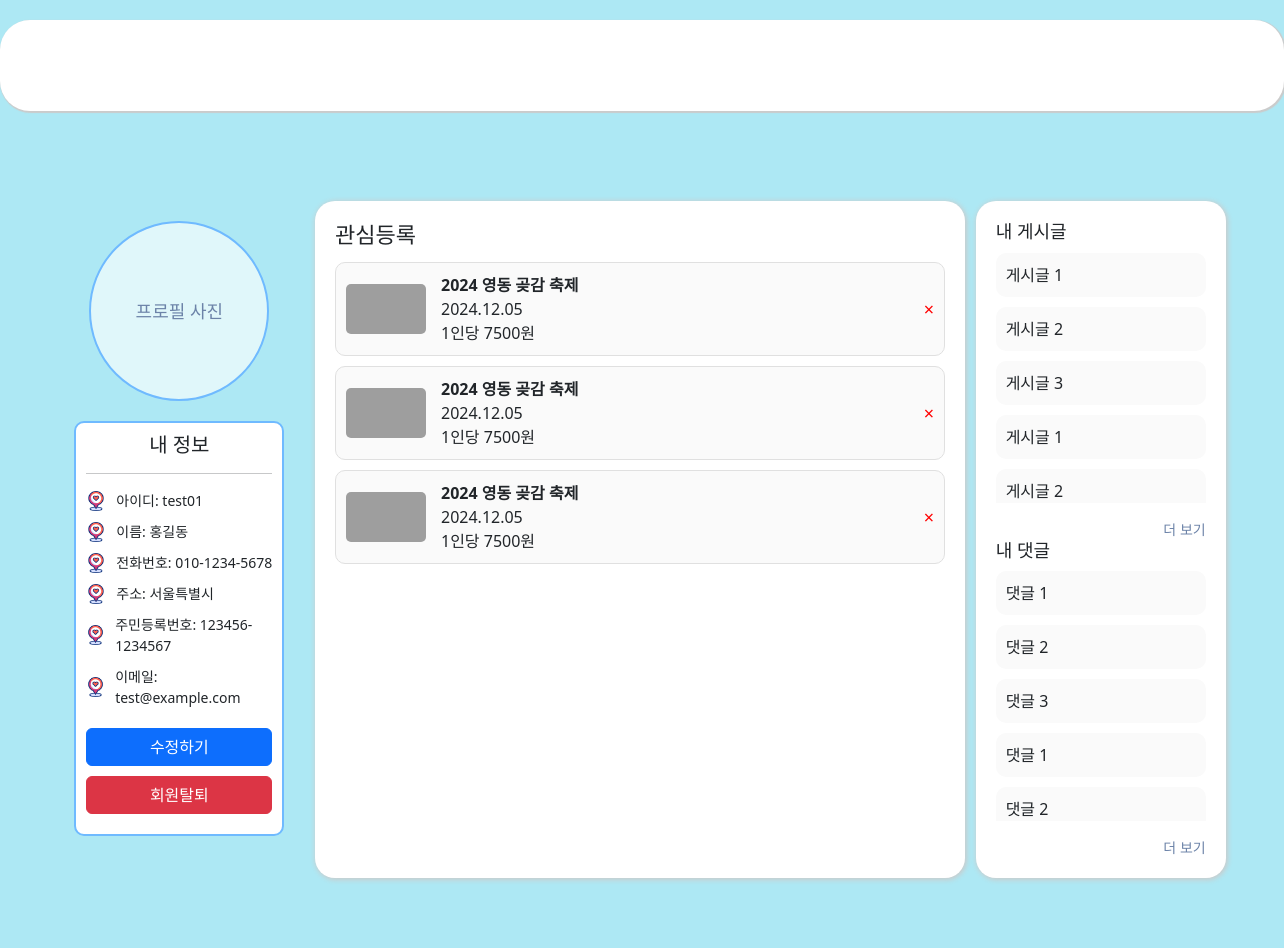
Repository: KimMJ0964/jsp
Page: http://localhost/Trafi/views/mypage/myPageMain.jsp
The author's editor kept a copy of each file at every save. The page is drawn from the files as they stood at one save, then again after the next save.
The browser window is 1280 px wide. The page is 1284 px wide, so the pictures cover 1284 px, including what lies to the right of the window. The pictures show the whole page.
Pictures or frames that could not be fetched are drawn as grey boxes. The page is served by Tomcat 9.

Above is the page before, as saved 2024-09-19 08:22:35.

After the next save:
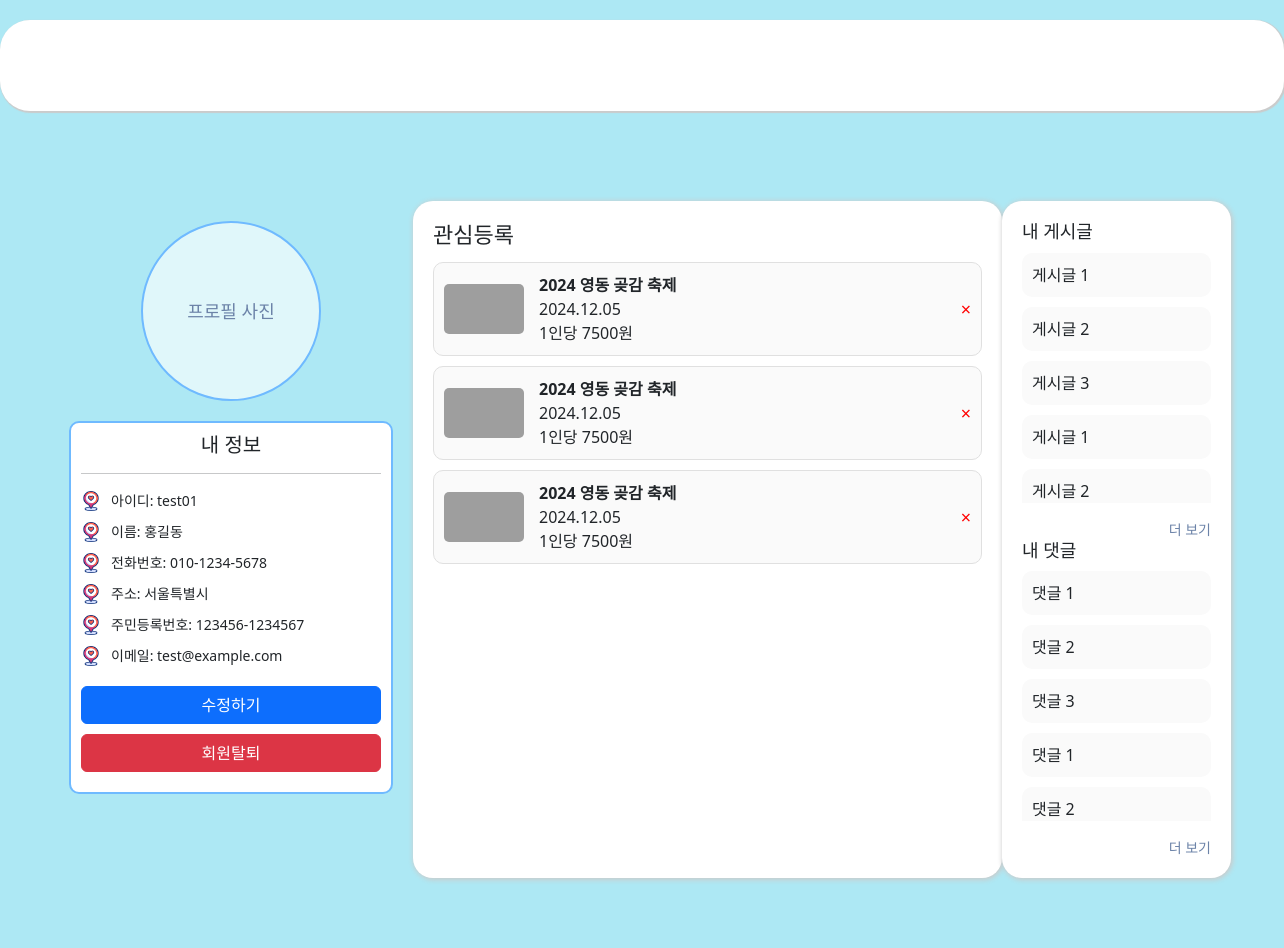
Saved 23 s later.
--- a/Trafi/src/main/webapp/views/mypage/myPageMain.jsp
+++ b/Trafi/src/main/webapp/views/mypage/myPageMain.jsp
@@ -41,7 +41,7 @@
         /* 프로필 섹션 */
         .profile-section {
             padding: 20px;
-            width: 250px;
+            width: 400px;
         }
         .profile-section .profile-image {
             width: 180px;

After the save that followed:
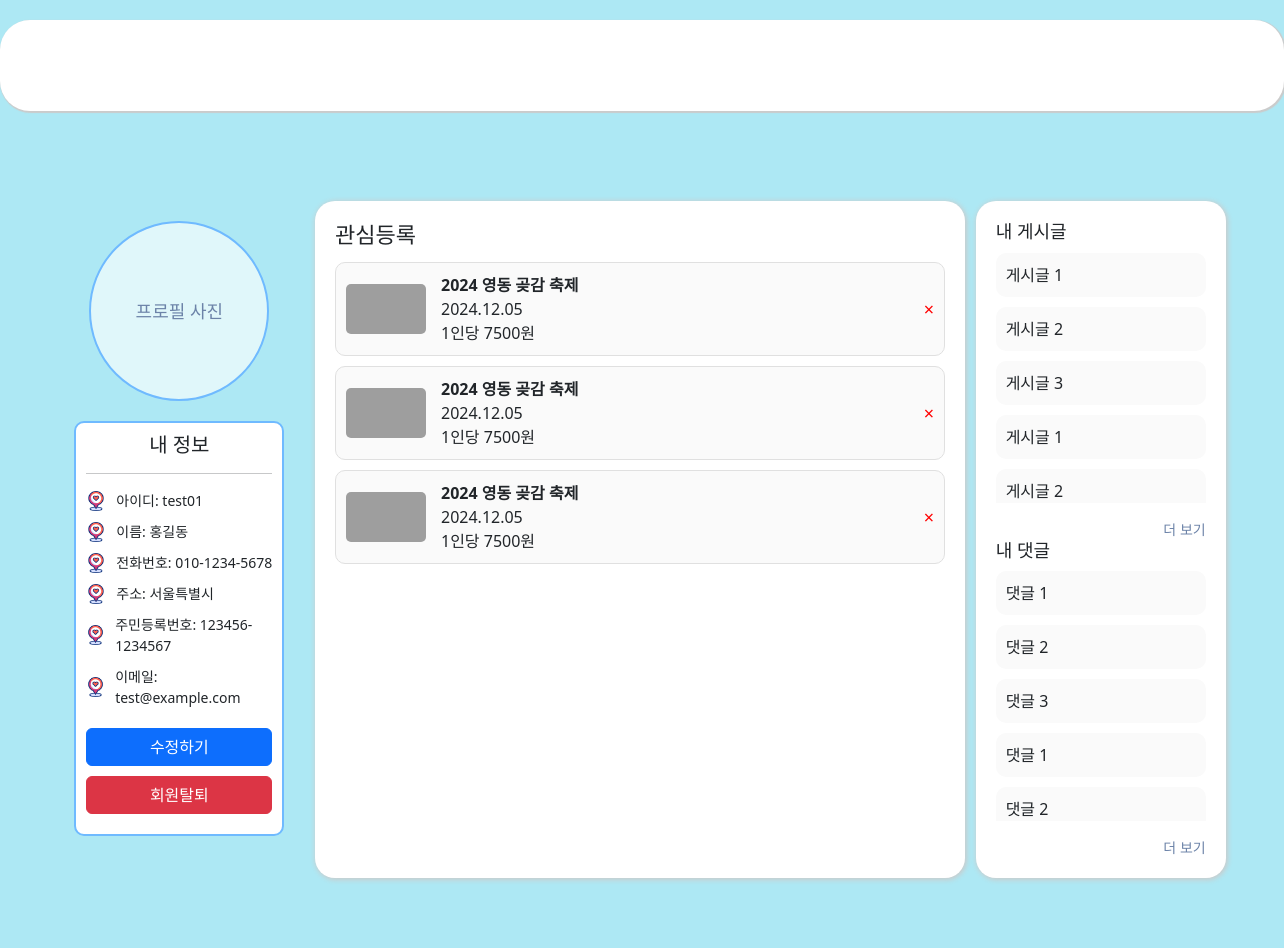
Saved 10 s later.
--- a/Trafi/src/main/webapp/views/mypage/myPageMain.jsp
+++ b/Trafi/src/main/webapp/views/mypage/myPageMain.jsp
@@ -41,7 +41,7 @@
         /* 프로필 섹션 */
         .profile-section {
             padding: 20px;
-            width: 400px;
+            width: 250px;
         }
         .profile-section .profile-image {
             width: 180px;
